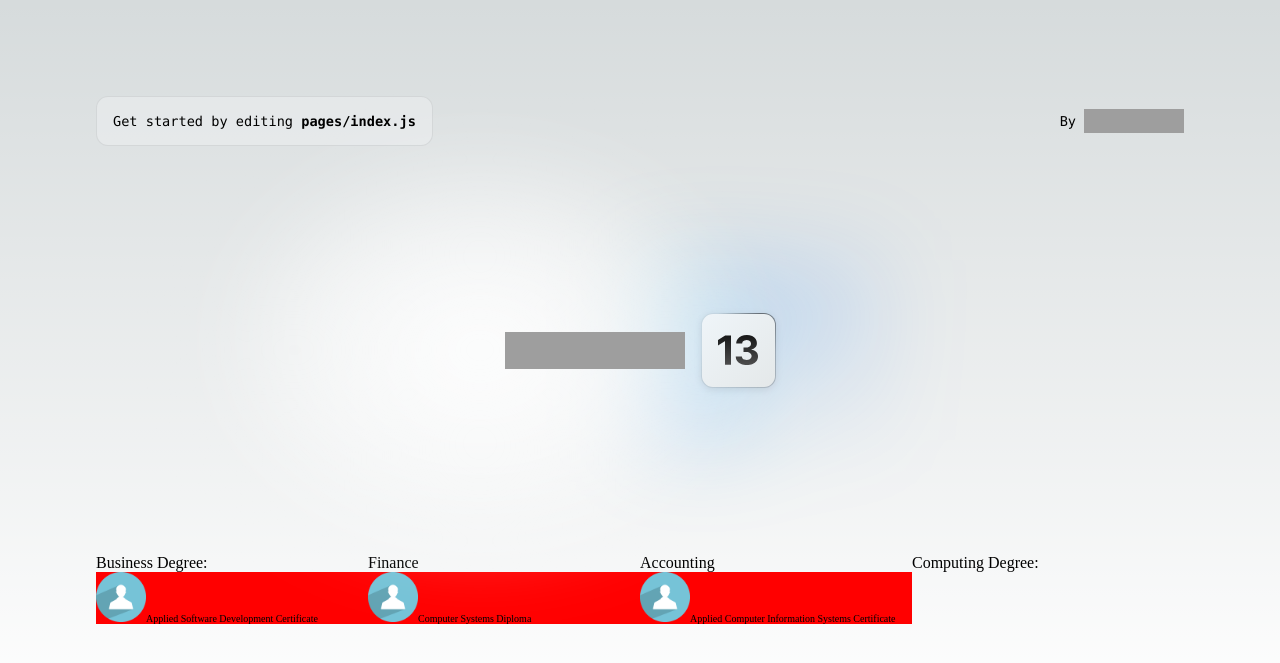
Repository: KushalK04/week3
Page: /
The author's editor kept a copy of each file at every save. The page is drawn from the files as they stood at one save, then again after the next save.
The browser window is 1280 px wide. The pictures show the whole page.
Pictures or frames that could not be fetched are drawn as grey boxes. The project was rebuilt for these pictures with package versions that can differ from the ones it lists, and the page was loaded fresh each time. The framework's server and built-in components were replaced by stand-ins that run in the browser. Also part of the build but not shown: next.config.js.

Above is the page before, as saved 2023-01-16 15:07:44.

After the next save:
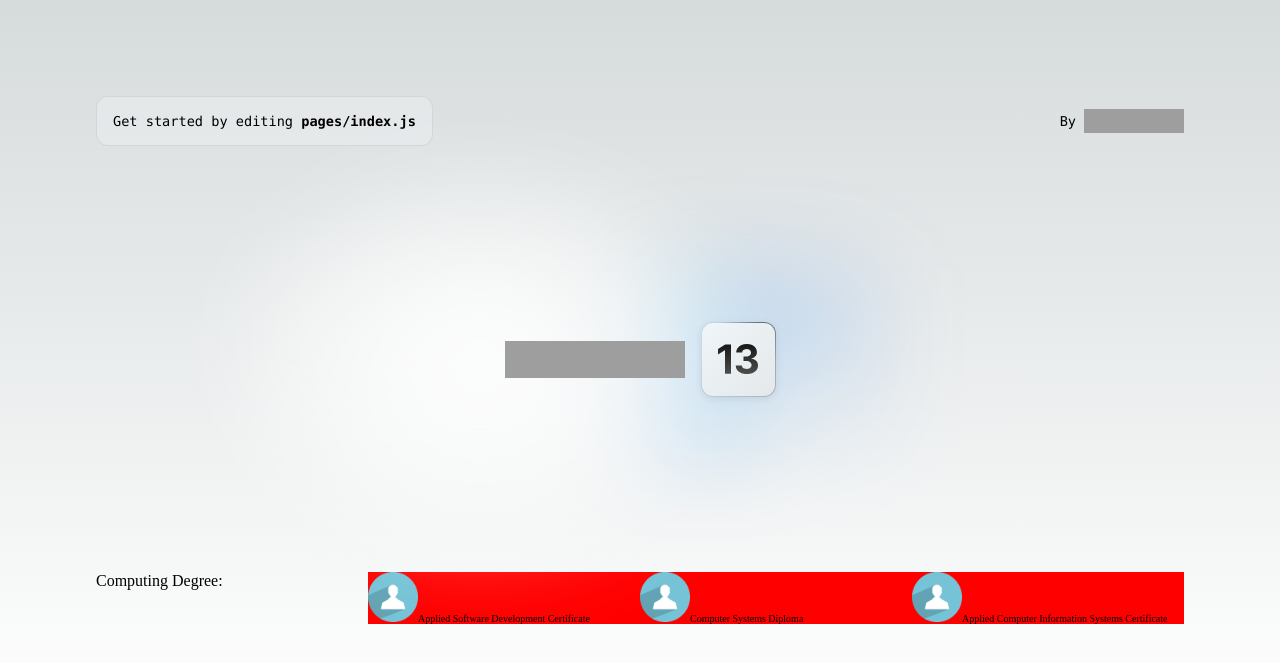
Saved 13 min 39 s later.
--- a/pages/index.js
+++ b/pages/index.js
@@ -67,19 +67,6 @@
         </div>
 
         <div className={styles.grid}>
-          <div>Business Degree:</div>
-          {
-            information && information.map((info, index) => {
-              if(info.department === "Business") {
-
-                return(
-                  <div key={index}>{info.degree}</div>
-                )
-
-              }
-
-            })
-          }
           <div>Computing Degree:</div>
           {
             information && information.map((info, index) => {

After the save that followed:
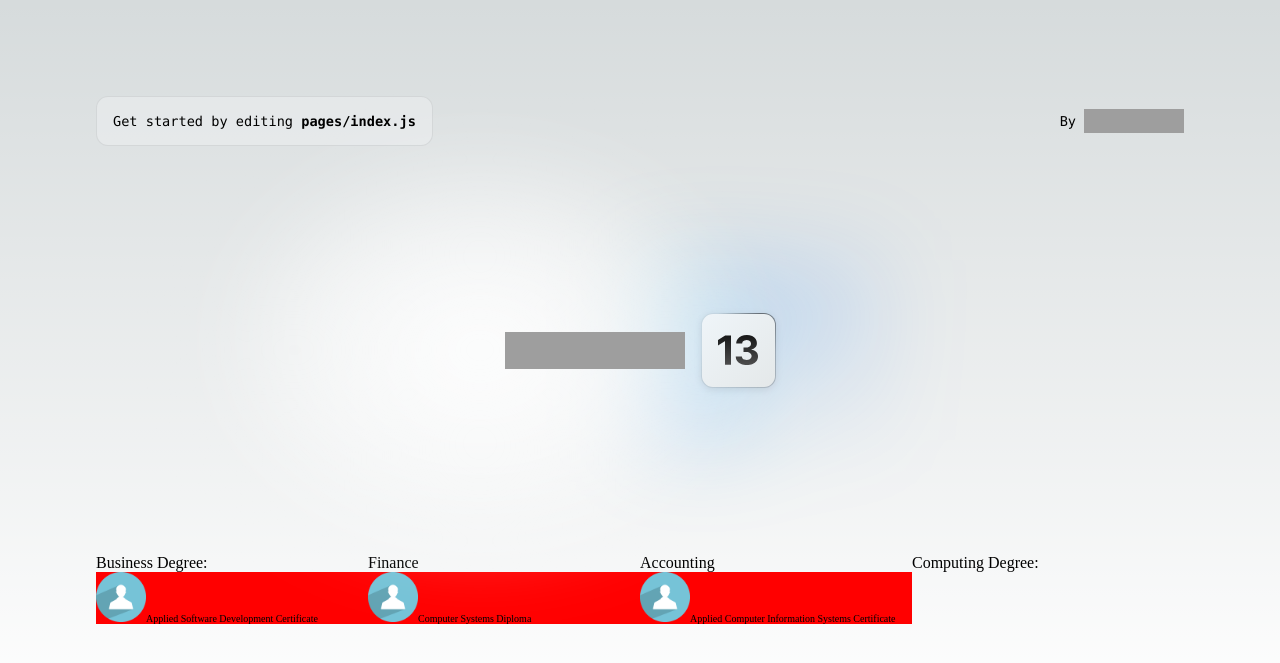
Saved 22 s later.
--- a/pages/index.js
+++ b/pages/index.js
@@ -67,6 +67,19 @@
         </div>
 
         <div className={styles.grid}>
+          <div>Business Degree:</div>
+          {
+            information && information.map((info, index) => {
+              if(info.department === "Business") {
+
+                return(
+                  <div key={index}>{info.degree}</div>
+                )
+
+              }
+
+            })
+          }
           <div>Computing Degree:</div>
           {
             information && information.map((info, index) => {
